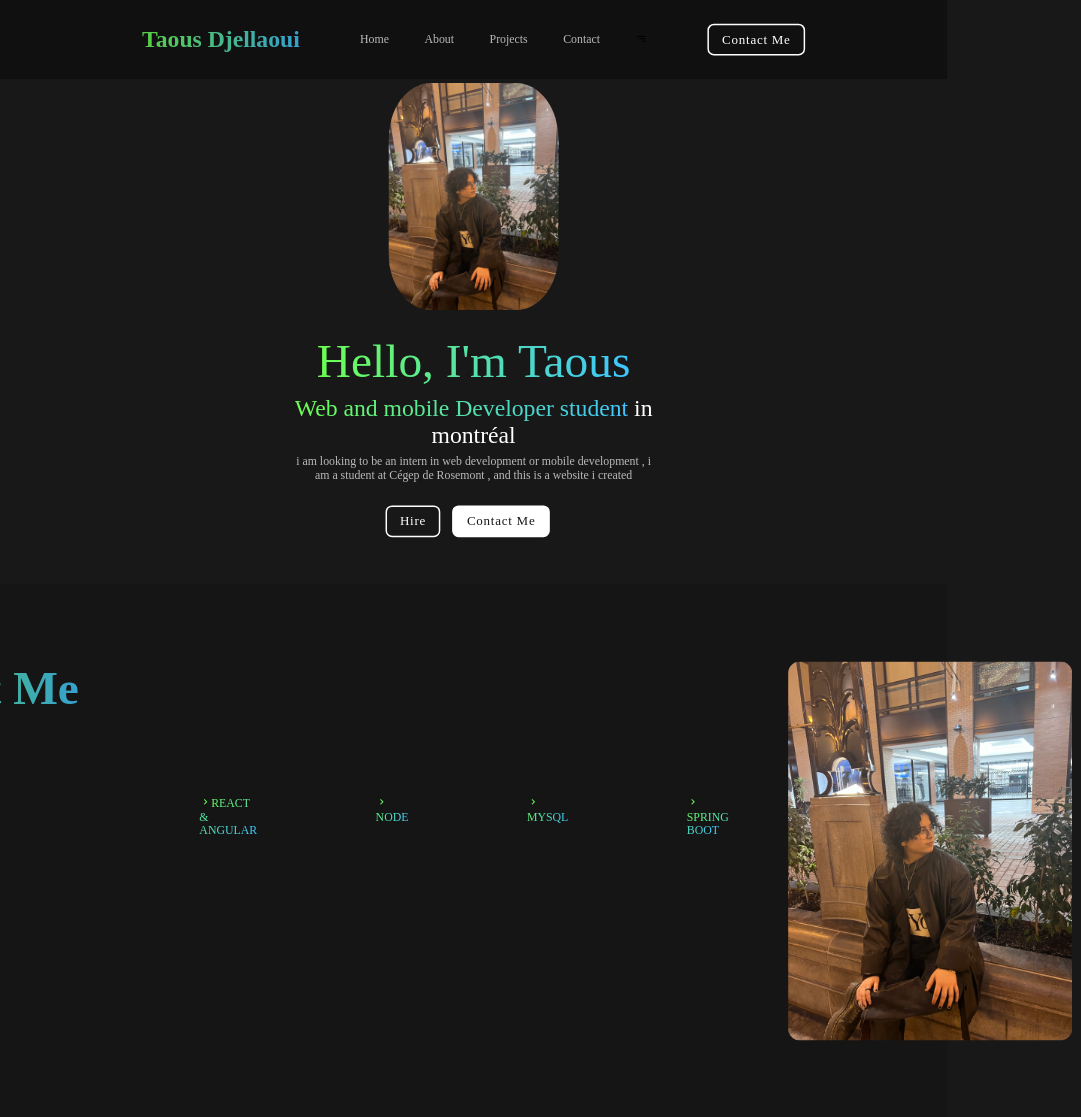
Repository: taousdjellaoui/portfolio-
Page: portfolio/index.html
The author's editor kept a copy of each file at every save. The page is drawn from the files as they stood at one save, then again after the next save.
The browser window is 1280 px wide. The page is 1449 px wide, then 1461 px, so the pictures cover 1461 px, including what lies to the right of the window. The pictures show the whole page, at 74% of full size.

Above is the page before, as saved 2024-09-23 22:15:52.

After the next save:
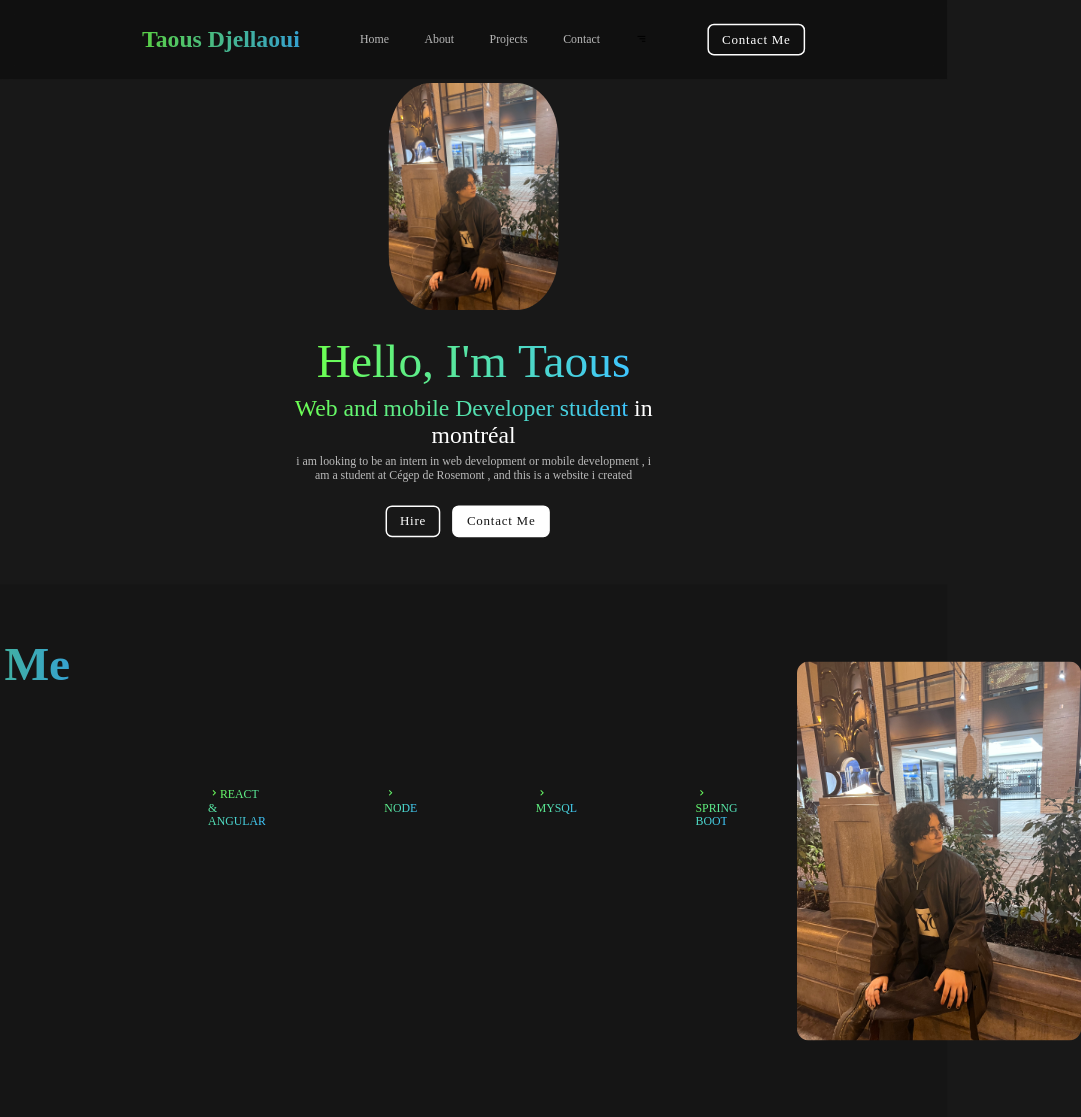
Saved 3 min 48 s later.
--- a/portfolio/style.css
+++ b/portfolio/style.css
@@ -180,3 +180,19 @@ opacity:0.8;
   opacity:0.8;
   align-items: baseline;
 }
+.skills ul li{
+  display: flex;
+  gap : 0.5em;
+   font-size: 1.2em;
+   transition:0.3s ease-in-out;
+}
+.skills ul li:hover{
+  transform: translateX(10px);
+}
+.skills ul li i{
+ font-size:1.2em;
+
+}
+.about-box h2{
+  font-size: 2.5em;
+}
